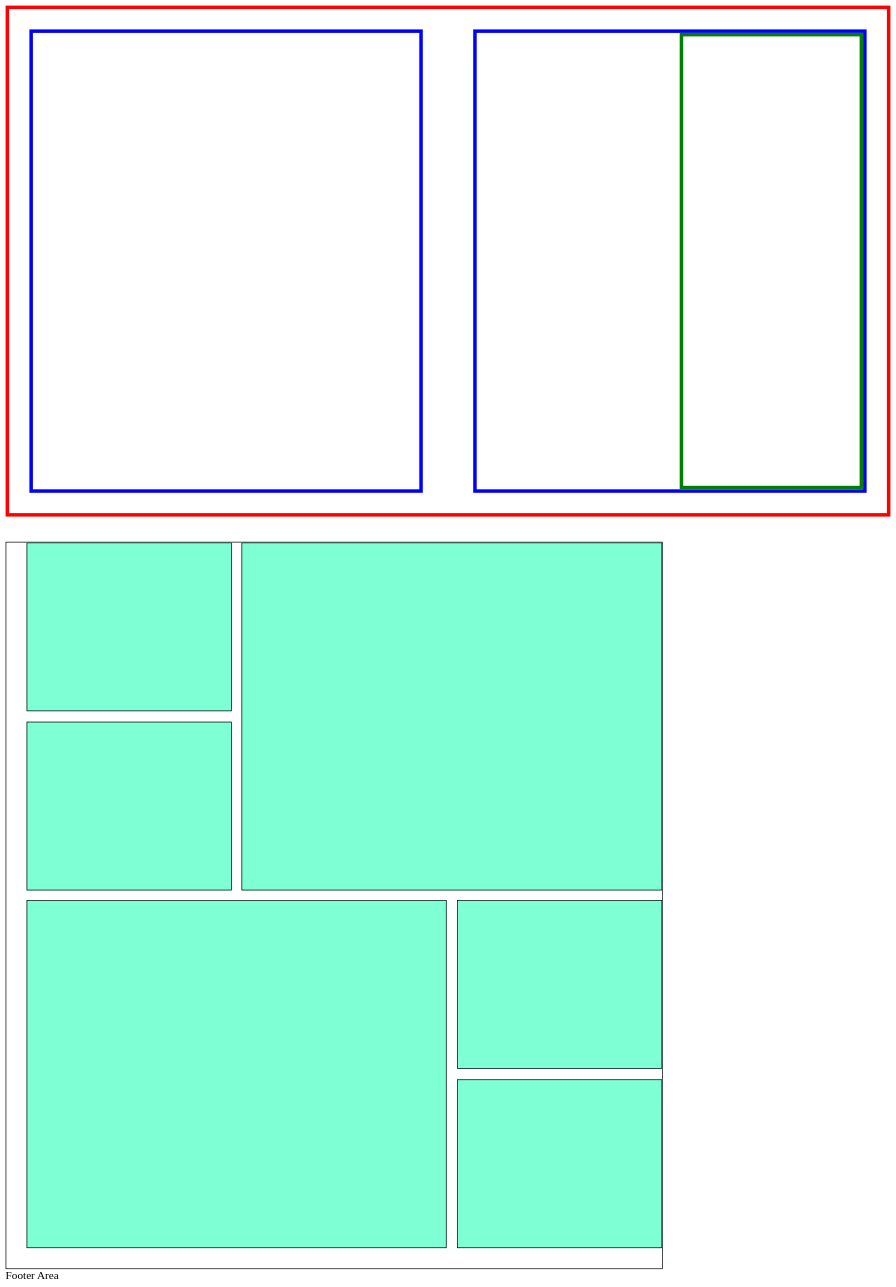
Repository: BwesewB/Brutalist-Website
Page: /
An editor plug-in stored every save of this project. The page is shown before and after the next save, followed by the edit.
The browser window is 1280 px wide. The pictures show the whole page, at 70% of full size.
The project was rebuilt for these pictures with package versions that can differ from the ones it lists, and the page was loaded fresh each time. The framework's server and built-in components were replaced by stand-ins that run in the browser. Also part of the build but not shown: next.config.mjs.

Above is the page before, as saved 2024-02-03 17:21:36.

### pages/index.js
import Head from "next/head";
import Image from "next/image";
import styles from "@/styles/Home.module.css";
import { useState } from "react";



export default function Home() {

  const[input,setInput] = useState();


  const classFilters = {
    1: 'Magician',
    2: 'Theif',
    4: 'Warrior',
    8: 'Bowman',
    16: 'Pirate',
    32: 'Nothing'
  }

const getClassStyle = flagValue => (input & flagValue) > 0 ? { backgroundColor: 'yellow'} : null;

  return (
    <>
      <Head>
        <title>Create Next App</title>
        <meta name="description" content="Generated by create next app" />
        <meta name="viewport" content="width=device-width, initial-scale=1" />
        <link rel="icon" href="/favicon.ico" />
      </Head>
      <main className={`${styles.main}`}>
        <div className={styles.titlePage}>
          <div className={styles.graphic}></div>
          <div className={styles.displayPanel}>
            <div className={styles.inputArea}></div>
          </div>
        </div>
        <div className={styles.displayArea}>
          <div className={styles.posterOne}></div>
          <div className={styles.posterTwo}></div>
          <div className={styles.posterThree}></div>
          <div className={styles.posterFour}></div>
          <div className={styles.posterFive}></div>
          <div className={styles.posterSix}></div>
        </div>
      </main>
      <footer>
        Footer Area
      </footer>
    </>
  );
}

{/* <div class="inputArea">
<input
id="input"
type="text"
placeholder="bitmask decimal value"
value={input}
onChange={event => setInput(event.target.value)}
/>
</div>
<div class="posterArea" >                                                             need to change to posters
<table>
  <tbody>
    {
      Object.keys(classFilters).map(item => (
        <tr key={item} style={getClassStyle(item)}>
          <td>{item}</td>
          <td>{classFilters[item]}</td>
        </tr>
      ))
    }
  </tbody>
</table>
</div> */}

### styles/globals.css
:root{

}

### styles/Home.module.css
.main {
  display:grid;
  grid-template-columns: repeat(4, 1fr);
  gap:5vh;
}

/* <div class="titlePage">
<div class="graphic"></div>
<div class="inputArea"></div>
</div>
<div class="displayArea">
<div class="posterOne"></div>
<div class="posterTwo"></div>
<div class="posterThree"></div>
<div class="posterFour"></div>
<div class="posterFive"></div>
<div class="posterSix"></div>
</div> */

.titlePage{
  height:100vh;
  grid-column: 1/5;
  border: 5px solid red;
/*---------------------------------------------------------------------------------------------------------*/
  display:grid;
  grid-template-columns: repeat(2, 1fr);
  gap:2vh;
}

.graphic, .displayPanel{
  border: 5px solid blue;
  margin:4vh;
}

.graphic{
  grid-column: 1/2;

}

.displayPanel{
  grid-column: 2/3;
  display:grid;
  grid-template-columns: repeat(2, 1fr);
  gap:4vh
}

.inputArea{
  grid-column: 2/3;
  border: 5px solid green;
}

/*---------------------------------------------------------------------------------------------------------*/
.displayArea {
  grid-column: 1/4;
/*--------------------------------------------------------------------------------------------------------- This needs to be in a component*/
  display: grid;
  grid-template-columns: repeat(3, 1fr);
  grid-template-rows: repeat(4, 1fr);
  gap: 2vh;
  border: 1px solid black;
  height:140vh;
  padding-left: 4vh;
  padding-bottom: 4vh;
}
/*---------------------------------------------------------------------------------------------------------*/

.posterOne,
.posterTwo,
.posterThree,
.posterFour,
.posterFive,
.posterSix {
  background-color: aquamarine;
  border: 1px solid black;
}

.posterTwo{
  grid-column: 2/4;
  grid-row: 1/3;
}

.posterFour{
  grid-column: 1/3;
  grid-row: 3/5;
}

Loaded but not shown: pages/_app.js (common file); pages/_document.js (common file)

After the next save:
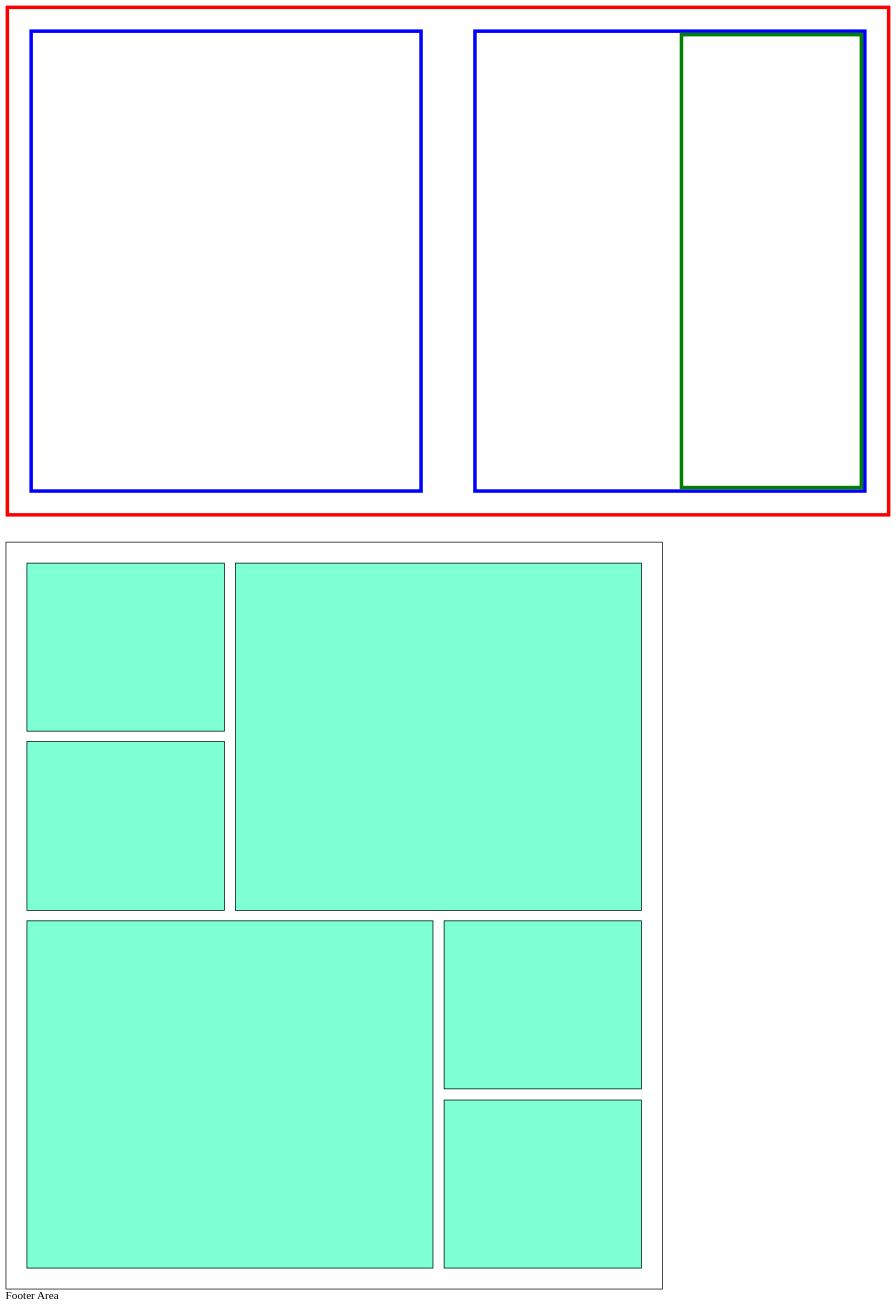
Saved 43 s later.
--- a/styles/Home.module.css
+++ b/styles/Home.module.css
@@ -59,8 +59,7 @@
   gap: 2vh;
   border: 1px solid black;
   height:140vh;
-  padding-left: 4vh;
-  padding-bottom: 4vh;
+  padding: 4vh;
 }
 /*---------------------------------------------------------------------------------------------------------*/
 
